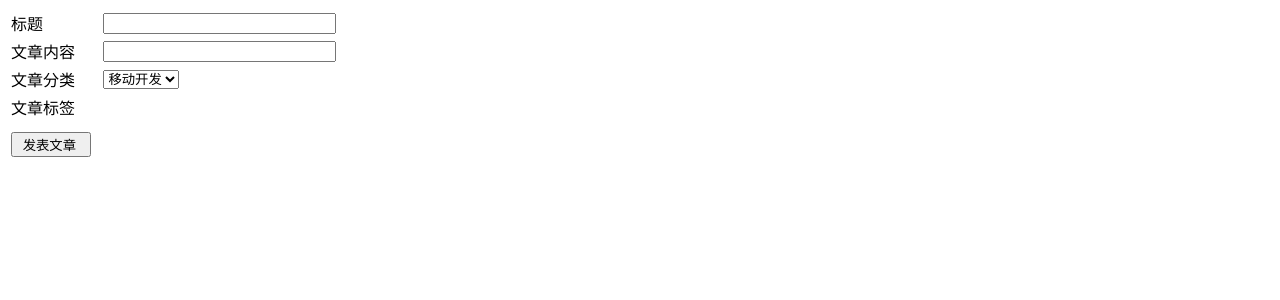
Repository: tangqingyun/java
Page: http://localhost/tamny_blog/postedit.jsp
An editor plug-in stored every save of this project. The page is shown before and after the next save, followed by the edit.
The browser window is 1280 px wide. The pictures show the whole page.
The page is served by Tomcat 9. Nobody is signed in. The application's start-up code is not run. Other server files are loaded and not shown.

Above is the page before, as saved 2015-01-21 09:51:21.

### tamny_blog/WebContent/postedit.jsp
<%@ page language="java" import="java.util.*" pageEncoding="UTF-8"%>

<!DOCTYPE html PUBLIC "-//W3C//DTD HTML 4.01 Transitional//EN" "http://www.w3.org/TR/html4/loose.dtd">
<html>
<head>
<meta http-equiv="Content-Type" content="text/html; charset=UTF-8">
<title>Insert title here</title>
</head>
<body>

 <form action="${pageContext.request.contextPath}/blogs/pubblog"
		method="post">
		<table id="table_01">
			<tr>
				<td>标题</td>
				<td><input type="text" name="user.username" size="26" /></td>
			</tr>
			<tr>
				<td>文章内容</td>
				<td><input type="text" name="user.nickname" size="26" /></td>
			</tr>
			<tr>
				<td>文章分类</td>
				<td><select name="user.sex">
						<option value="1">移动开发</option>
						<option value="2">Web前端</option>
						<option value="3">架构设计</option>
						<option value="4">编程语言</option>
						<option value="5">互联网</option>
						<option value="6">数据库</option>
						<option value="7">系统运维</option>
						<option value="8">云计算</option>
						<option value="9">研发管理</option>
						<option value="10">综合</option>
				</select></td>
			</tr>

			<tr>
				<td>文章标签</td>
				<td></td>
			</tr>

			<tr>
				<td style="padding-top: 10px;"><input type="submit"
					name="submit" value=" 发表文章  " />&nbsp;&nbsp;</td>
			</tr>
		</table>
	</form>

</body>
</html>

After the next save:
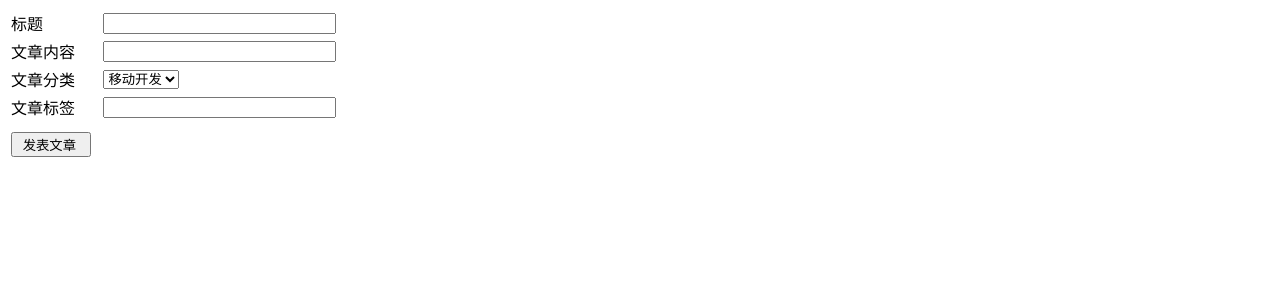
Saved 14 s later.
--- a/tamny_blog/WebContent/postedit.jsp
+++ b/tamny_blog/WebContent/postedit.jsp
@@ -37,7 +37,7 @@
 
 			<tr>
 				<td>文章标签</td>
-				<td></td>
+				<td><input type="text" name="user.nickname" size="26" /></td>
 			</tr>
 
 			<tr>
